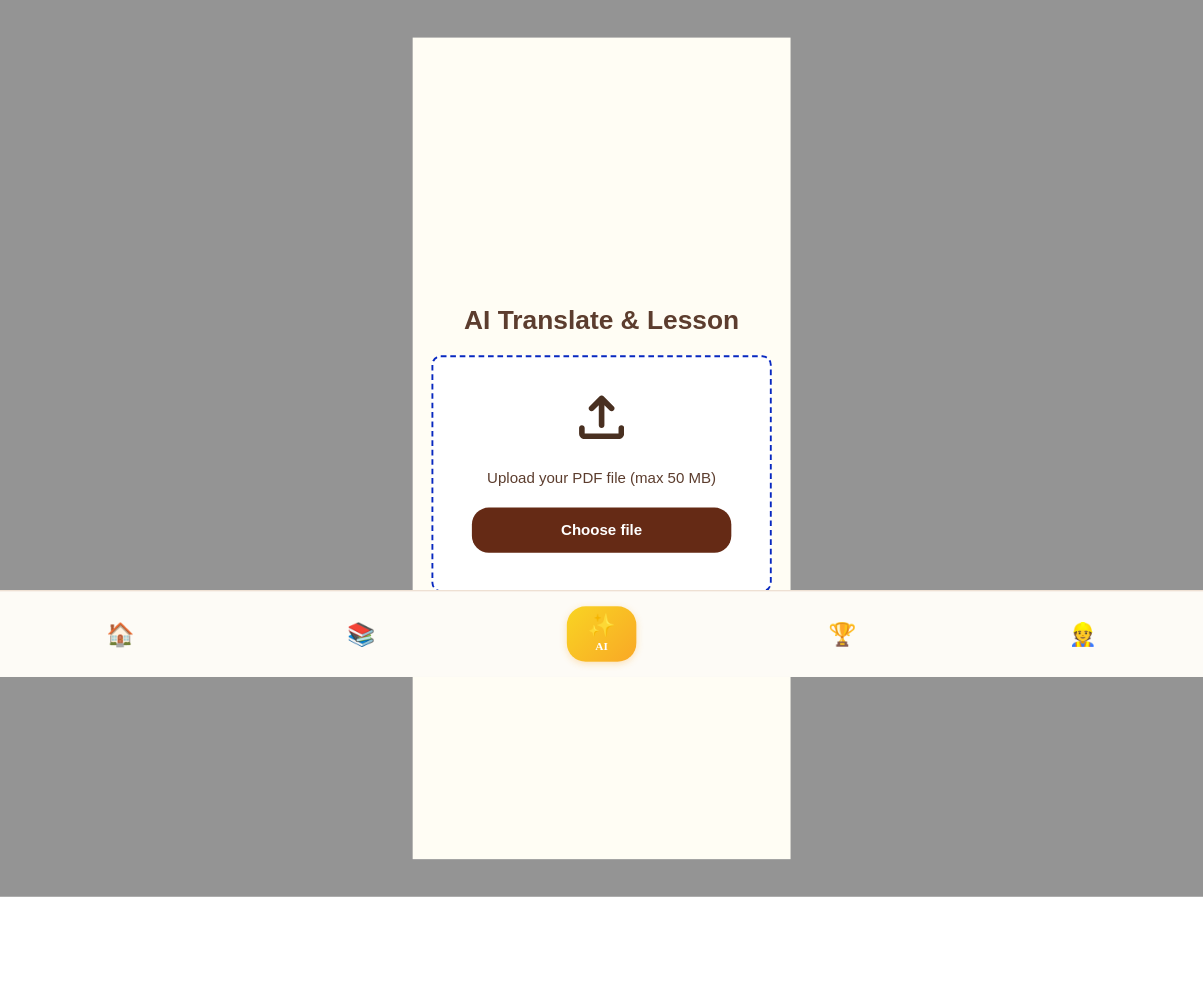
Repository: richelletiongson/Jargon_FrontendShowcase
Page: / (app in jargon_frontend/)
An editor plug-in stored every save of this project. The page is shown before and after the next save, followed by the edit.
The browser window is 1280 px wide. The pictures show the whole page, at 94% of full size.
The project was rebuilt for these pictures with package versions that can differ from the ones it lists, and the page was loaded fresh each time. Also part of the build but not shown: jargon_frontend/vite.config.js, jargon_frontend/src/index.css, jargon_frontend/src/home_pages/Home.jsx, jargon_frontend/src/course_pages/Course.jsx, jargon_frontend/src/charts_pages/Charts.jsx, jargon_frontend/src/profile_pages/Profile.jsx.

Above is the page before, as saved 2025-10-22 14:57:57.

After the next save:
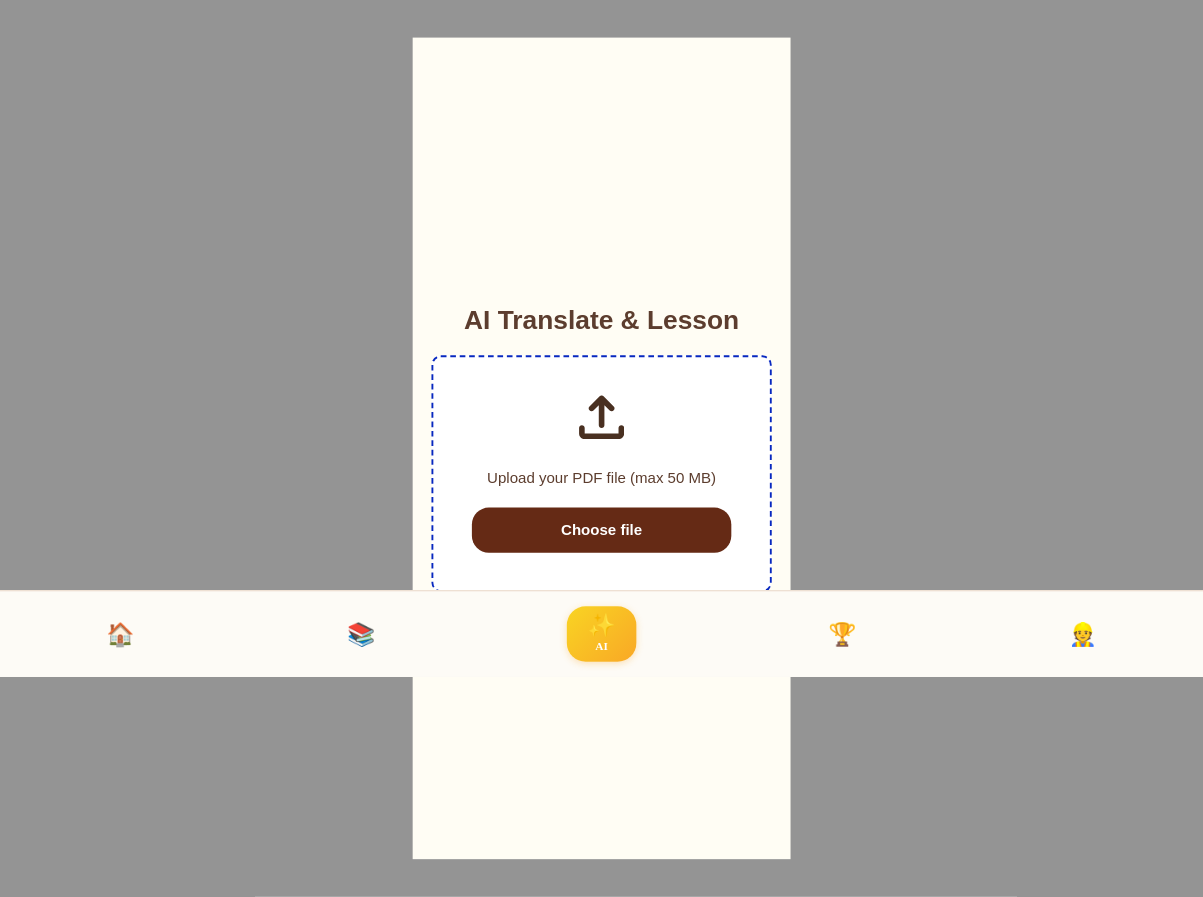
Saved 63 s later.
--- a/jargon_frontend/src/components/NavBar.css
+++ b/jargon_frontend/src/components/NavBar.css
@@ -6,8 +6,10 @@
   background-color: #FDFBF6;
   padding: 16px 0;
   border-top: 1px solid #E8D5C4;
-  position: sticky;
+  position: fixed;
   bottom: 0;
+  left: 0;
+  right: 0;
   z-index: 100;
 }
 
